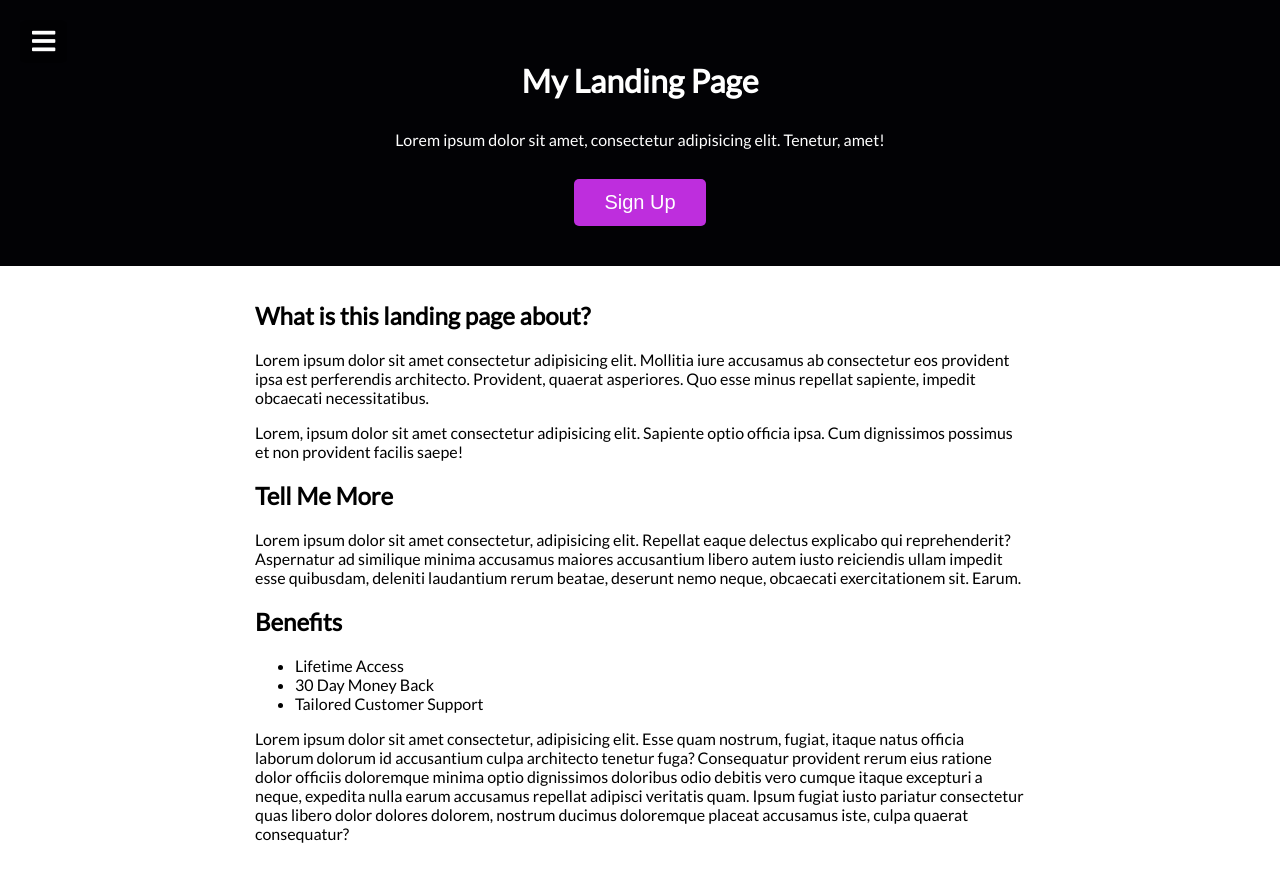
Repository: CAMPSLOPY/MenuSliderWithLandingPage
Page: index.html
These files come from the project's save history. The page is drawn as it stood at one moment and after the next save; the edit follows.
The browser window is 1280 px wide. The pictures show the whole page.
Some web libraries are served in a nearby version.

Above is the page before, as saved 2021-01-22 17:13:34.

After the next save:
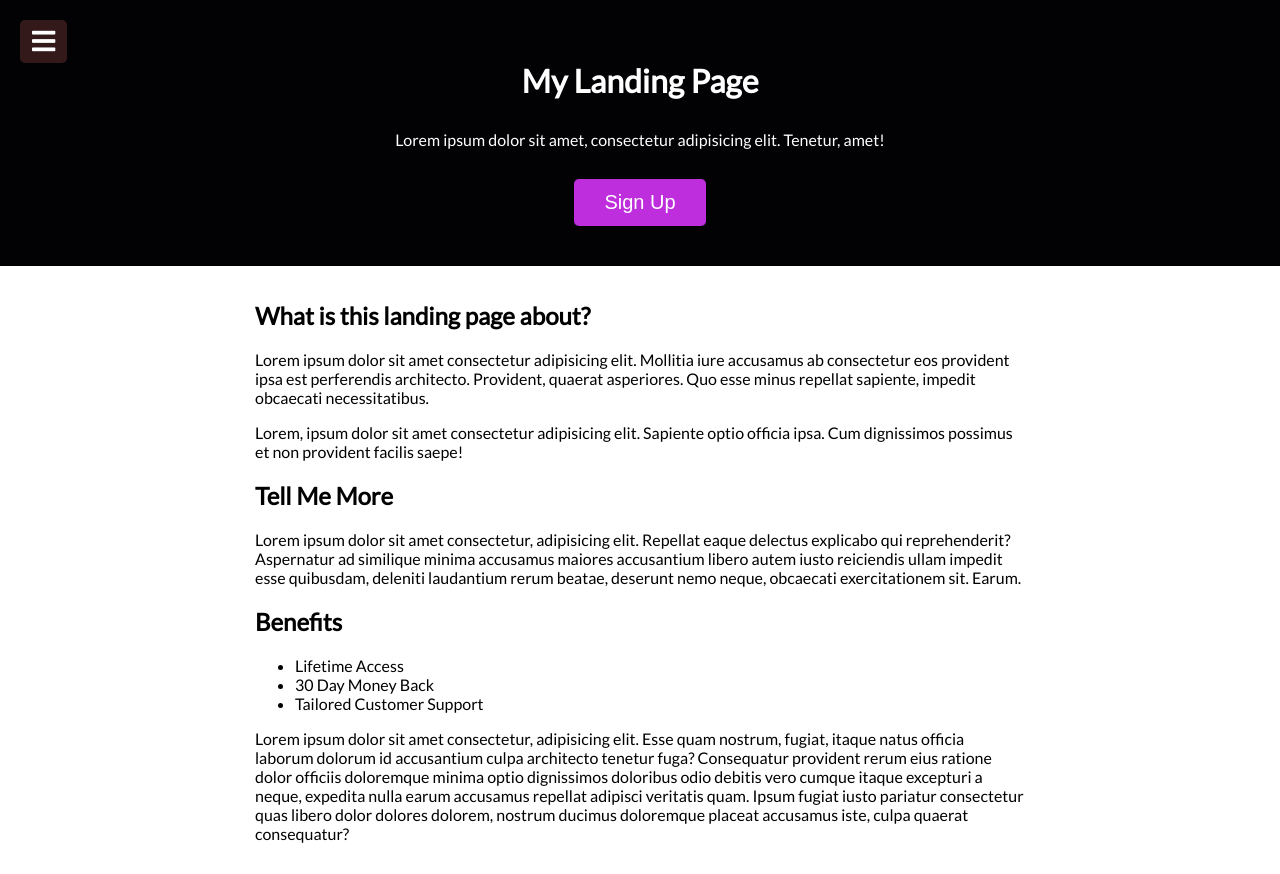
Saved 51 s later.
--- a/styles.css
+++ b/styles.css
@@ -97,7 +97,7 @@ button:focus {
 
 .toggle {
   position: absolute;
-  background: rgba(0, 0, 0, 0.3);
+  background: rgba(170, 80, 80, 0.3);
   top: 20px;
   left: 20px;
 }
